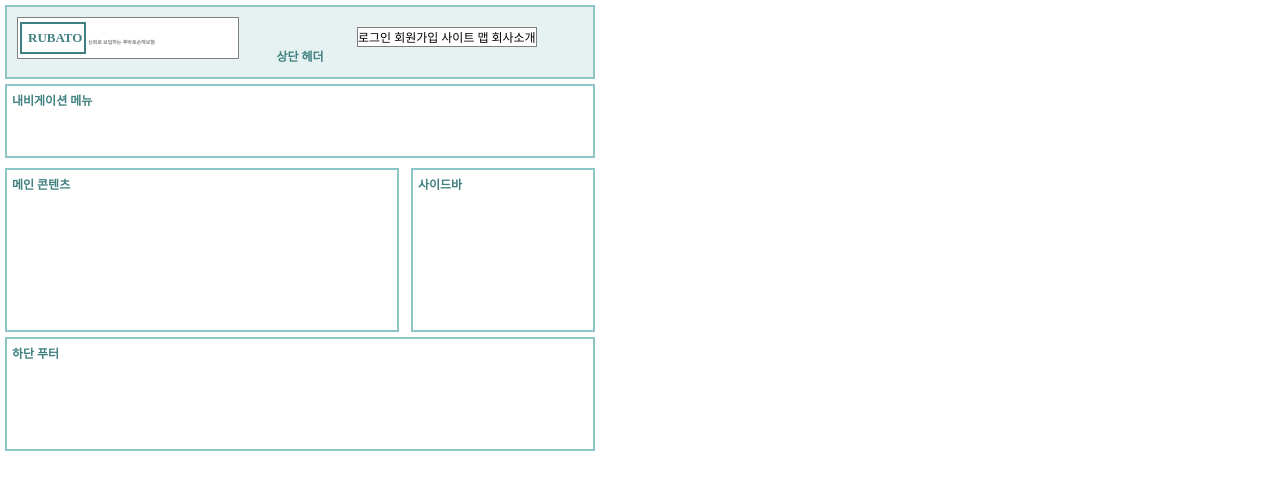
Repository: yeonddu/green_css
Page: web/pro01/songyeonsu/songyeonsu_2.html
An editor plug-in stored every save of this project. The page is shown before and after the next save, followed by the edit.
The browser window is 1280 px wide. The pictures show the whole page.

Above is the page before, as saved 2022-12-14 05:59:11.

### web/pro01/songyeonsu/songyeonsu_2.html
<!DOCTYPE html>
<html lang="ko">
<head>
<meta charset="utf-8">
<title>layout</title>
<style>
	* {
		margin:0;
		padding:0;
	}
	body {
		font-size:12px;
		color:rgb(64, 128, 128);
		font-weight:bold;
	}
	.container {
		position:absolute;
		width:600px;
	}
	header {
		position:relative;
		height:60px;
		background-color:rgb(230, 242, 242);
	}
	#logo {
		position:absolute;
		top:10px;
		left:10px;
		width:220px;
		height:40px;
		border:1px solid gray;
		background-color:white;
	}
	#item1 {
		position:absolute;
		top:4px;
		left:2px;
		width:50px;
		padding:6px;
		font-size:13px;
		border:2px solid rgb(64, 128, 128);
	}
	#item2 {
		position:absolute;
		top:20px;
		left:70px;
		font-size:5px;
		color:gray;
	}
	#top {
		position:absolute;
		top:20px;
		left:350px;
		border:1px solid gray;
		background-color:white;
	}
	header ul li {
		display:inline-block;
	}

	li a {
		display:block;
		text-decoration:none;
		color:black;
		font-weight:normal;
	}
	li a:hover {
		color:red;
	}

	header p {
		line-height:90px;
		text-align:center;
	}
	nav {
		position:relative;
		height:60px;
	}
	section {
		position:relative;
		float:left;
		width:380px;
		height:150px;
	}
	aside {
		position:relative;
		float:right;
		width:170px;
		height:150px;
	}
	footer {
		clear:both;
		height:100px;
	}
	header, nav, section, aside, footer {
		border:2px solid rgb(140, 198, 198);
		margin:5px;
		padding:5px;
	}
</style>
</head>
<body>
	<div class="container">
		<header>
			<div id="logo">
				<div id="item1">RUBATO</div>
				<div id="item2">신뢰로 보답하는 루바토손해보험</div>
			</div>
			<ul id="top">
				<li><a href="#">로그인</a></li>
				<li><a href="#">회원가입</a></li>
				<li><a href="#">사이트 맵</a></li>
				<li><a href="#">회사소개</a></li>
			</ul>
			<p>상단 헤더</p>
		</header>
		<nav>
			<p>내비게이션 메뉴
		</nav>

		<section>
			<p> 메인 콘텐츠</p>
		</section>
		<aside>
			<p>사이드바</p>
		</aside>
		<footer>
			<p>하단 푸터</p>
		</footer>
	</div>
</body>
</html>

After the next save:
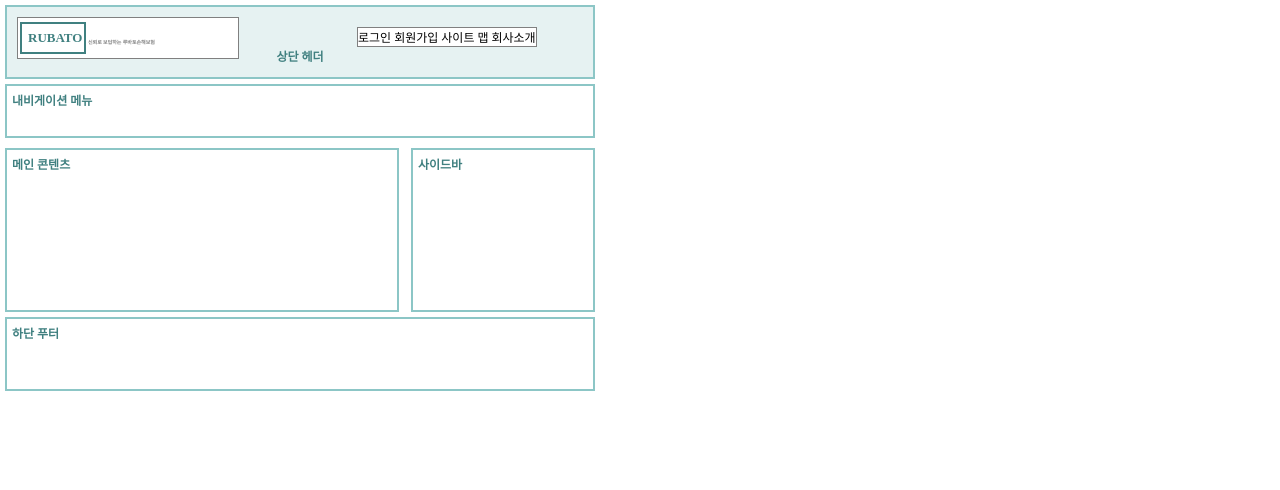
Saved 18 s later.
--- a/web/pro01/songyeonsu/songyeonsu_2.html
+++ b/web/pro01/songyeonsu/songyeonsu_2.html
@@ -74,7 +74,7 @@
 	}
 	nav {
 		position:relative;
-		height:60px;
+		height:40px;
 	}
 	section {
 		position:relative;
@@ -90,7 +90,7 @@
 	}
 	footer {
 		clear:both;
-		height:100px;
+		height:60px;
 	}
 	header, nav, section, aside, footer {
 		border:2px solid rgb(140, 198, 198);
